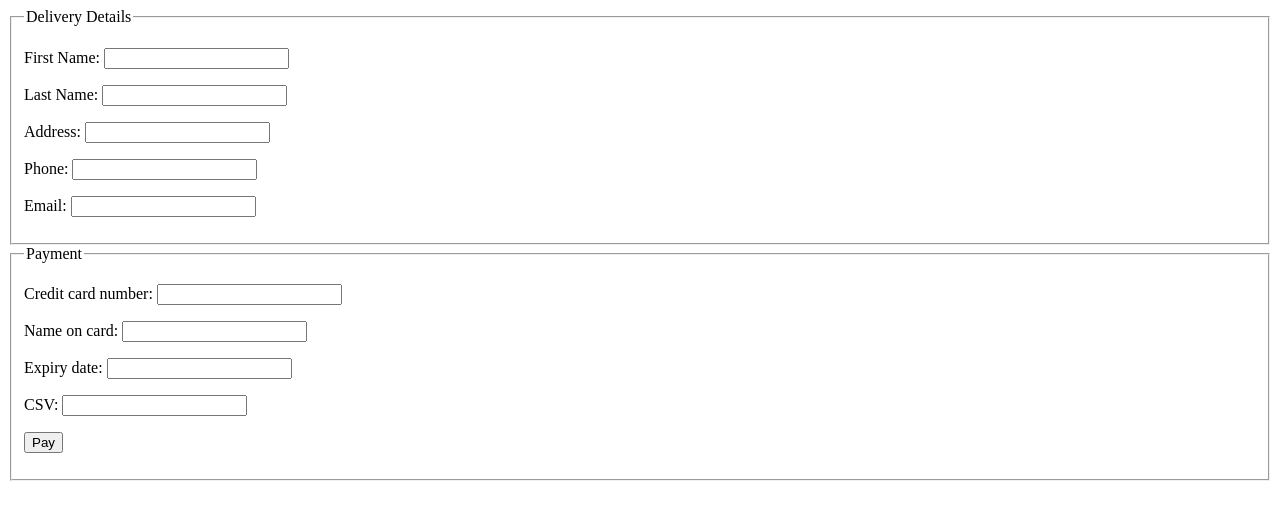
Repository: TonyHoukun-2022/sportswarehouse-php
Page: http://localhost/templates/checkoutForm.php
These files come from the project's save history. The page is drawn as it stood at one moment and after the next save; the edit follows.
The browser window is 1280 px wide. The pictures show the whole page.
The page is run by PHP 8.4 with error messages shown; the project is at /var/www/html/.

Above is the page before, as saved 2021-11-07 04:44:51.

### templates/checkoutForm.php
<form method="POST" action="thanks-order.php"id="checkout">
  <fieldset>
    <legend>Delivery Details</legend>
    <p>
      <label for="firstName">First Name: </label>
      <input type="text" id="firstName" name="firstName">
    </p>

    <p>
      <label for="lastName">Last Name: </label>
      <input type="text" id="lastName" name="lastName">
    </p>

    <p>
      <label for="address">Address: </label>
      <input type="text" id="address" name="address">
    </p>

    <p>
      <label for="phone">Phone: </label>
      <input type="text" id="phone" name  ="phone">
    </p>

    <p>
      <label for="email">Email: </label>
      <input type="text" id="email" name  ="email">
    </p>
  </fieldset>

  <fieldset>
    <legend>Payment</legend>
    <p>
      <label for="creditcard">Credit card number: </label>
      <input type="text" id="creditcard" name  ="creditcard">
    </p>

    <p>
      <label for="nameOnCard">Name on card:</label>
      <input type="text" id="nameOnCard" name  ="nameOnCard">
    </p>

    <p>
      <label for="expiry">Expiry date: </label>
      <input type="text" id="expiry" name="expiry">
    </p>

    <p>
      <label for="csv">CSV: </label>
      <input type="text" id="csv" name="csv">
    </p>

    <p>
      <input type="submit"  name="pay" value="Pay">
    </p>
  </fieldset>
</form>

After the next save:
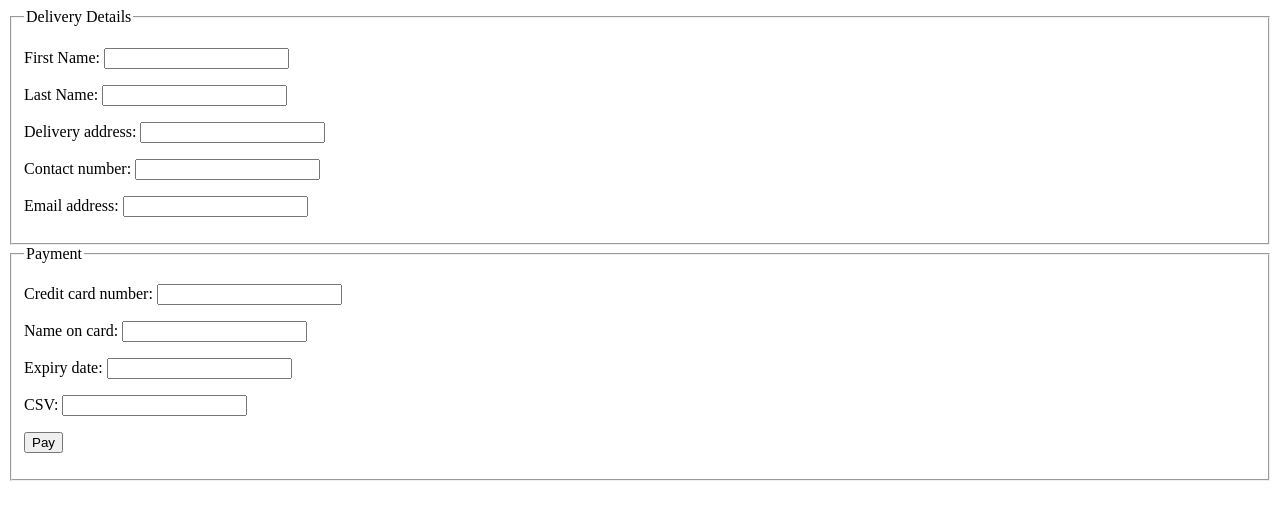
Saved 68 s later.
--- a/templates/checkoutForm.php
+++ b/templates/checkoutForm.php
@@ -12,17 +12,17 @@
     </p>
 
     <p>
-      <label for="address">Address: </label>
+      <label for="address">Delivery address: </label>
       <input type="text" id="address" name="address">
     </p>
 
     <p>
-      <label for="phone">Phone: </label>
+      <label for="phone">Contact number: </label>
       <input type="text" id="phone" name  ="phone">
     </p>
 
     <p>
-      <label for="email">Email: </label>
+      <label for="email">Email address: </label>
       <input type="text" id="email" name  ="email">
     </p>
   </fieldset>
